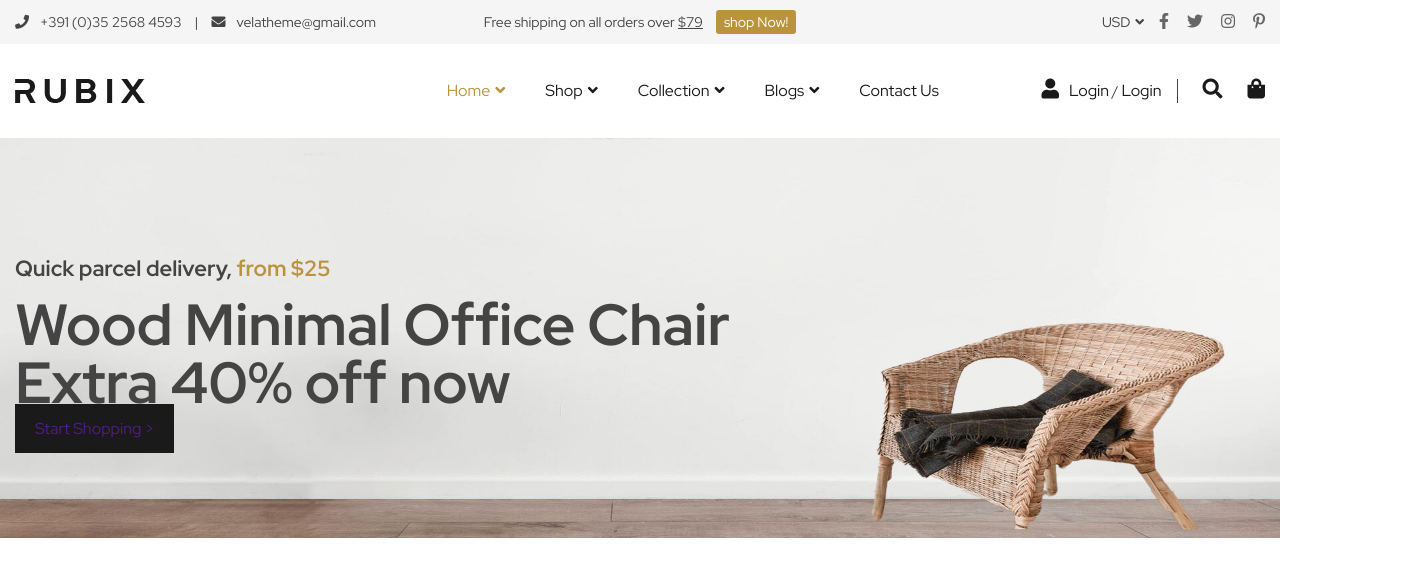
Repository: ldminh95/Gin-velademo
Page: index.html
The author's editor kept a copy of each file at every save. The page is drawn from the files as they stood at one save, then again after the next save.
The browser window is 1280 px wide. The page is 1410 px wide, so the pictures cover 1410 px, including what lies to the right of the window. The pictures show the whole page.
The style sheet was rebuilt from its Sass, Less or Tailwind sources for each picture, by a compiler version that may differ from the author's.

Above is the page before, as saved 2023-05-28 11:19:54.

### index.html
<!DOCTYPE html>
<html lang="en">
<head>
    <meta charset="UTF-8">
    <meta http-equiv="X-UA-Compatible" content="IE=edge">
    <meta name="viewport" content="width=device-width, initial-scale=1.0">
    <title>velademo-rubix</title>
    <link rel="stylesheet" href="https://cdnjs.cloudflare.com/ajax/libs/font-awesome/5.15.4/css/all.min.css">
    <link rel="stylesheet" type="text/css" href="/css/style.css">
</head>
<body>
    <div class="Overview">
        <div class="headerTop box_flex">
            <div class="headerTop_box-Left col-m3 pd15">
                <i class="fas fa-phone"></i>
                +391 (0)35 2568 4593
                <span class="mr10">|</span>
                <i class="fas fa-envelope"></i>
                velatheme@gmail.com
            </div>
            <div class="headerTop_box-Center col-m3 pd15">
                Free shipping on all orders over <u>$79</u>
                <a href="#" class="bg_primary">shop Now!</a>
            </div>
            <div class="headerTop_box-Right col-m3 box_flex pd15">
                <div class="gin-currency">
                    <div class="gin-currency-title">USD<i class="fas fa-angle-down"></i></div>
                    <div class="gin-currency-dropdown">
                        <div class="currency-item active">USD</div>
                        <div class="currency-item">INR</div>
                        <div class="currency-item">GBP</div>
                        <div class="currency-item">CAD</div>
                        <div class="currency-item">AUD</div>
                        <div class="currency-item">EUR</div>
                        <div class="currency-item">JPY</div>
                    </div>
                </div>
                <div class="gin-link">
                    <a href="#" target="_blank"><i class="fab fa-facebook-f"></i></a>
                    <a href="#" target="_blank"><i class="fab fa-twitter"></i></a>
                    <a href="#" target="_blank"><i class="fab fa-instagram"></i></a>
                    <a href="#" target="_blank"><i class="fab fa-pinterest-p"></i></a>
                </div>
            </div>
        </div>
        <header class="headerMenu">
            <section class="box_flex">
                <div class="header_Left col-m3 pd15">
                    <img src="./images/logo.png" alt="">
                </div>
                <div class="header_Center col-m3 pd15">
                    <div class="gin_menu">
                        <ul class="box_flex">
                            <li class="active">
                                <a href="">Home<i class="fas fa-angle-down"></i></a>
                                <ul class="gin_menu-second">
                                    <li><a href="">Home01</a></li>
                                    <li><a href="">Home02</a></li>
                                    <li><a href="">Home03</a></li>
                                    <li><a href="">Home04</a></li>
                                    <li><a href="">Home05</a></li>
                                    <li><a href="">Home06</a></li>
                                </ul>
                            </li>
                            <li>
                                <a href="">Shop<i class="fas fa-angle-down"></i></a>
                                <ul class="gin_menu-second">
                                    <li><a href="">Home01</a></li>
                                    <li><a href="">Home02</a></li>
                                    <li><a href="">Home03</a></li>
                                    <li><a href="">Home04</a></li>
                                    <li><a href="">Home05</a></li>
                                    <li><a href="">Home06</a></li>
                                </ul>
                            </li>
                            <li>
                                <a href="">Collection<i class="fas fa-angle-down"></i></a>
                                <ul class="gin_menu-second">
                                    <li><a href="">Home01</a></li>
                                    <li><a href="">Home02</a></li>
                                    <li><a href="">Home03</a></li>
                                    <li><a href="">Home04</a></li>
                                    <li><a href="">Home05</a></li>
                                    <li><a href="">Home06</a></li>
                                </ul>
                            </li>
                            <li>
                                <a href="">Blogs<i class="fas fa-angle-down"></i></a>
                                <ul class="gin_menu-second">
                                    <li><a href="">Home01</a></li>
                                    <li><a href="">Home02</a></li>
                                    <li><a href="">Home03</a></li>
                                    <li><a href="">Home04</a></li>
                                    <li><a href="">Home05</a></li>
                                    <li><a href="">Home06</a></li>
                                </ul>
                            </li>
                            <li>
                                <a href="">Contact Us</a>
                                <ul class="gin_menu-second">
                                    <li><a href="">Home01</a></li>
                                    <li><a href="">Home02</a></li>
                                    <li><a href="">Home03</a></li>
                                    <li><a href="">Home04</a></li>
                                    <li><a href="">Home05</a></li>
                                    <li><a href="">Home06</a></li>
                                </ul>
                            </li>
                        </ul>
                    </div>
                </div>
                <div class="header_Right col-m3 pd15 box_flex">
                    <div class="header_Right-account box_flex">
                        <a href=""><i class="fas fa-user"></i></a>
                        <ul>
                            <li><a href="">Login</a></li>
                            <span>/</span>
                            <li><a href="">Login</a></li>
                        </ul>
                    </div>
                    <div class="header_Right-search">
                        <a href=""><i class="fas fa-search"></i></a>
                    </div>
                    <div class="header_Right-cart">
                        <a href=""><i class="fas fa-shopping-bag"></i></a>
                    </div>
                </div>
            </section>
        </header>
        <div class="MainContent">
            <div class="gin_slideshow">
                <div class="slide_item">
                    <div class="slide_item-bg">
                        <img src="./images/index_bg01.jpg" alt="ghế tại ginshop">
                        <div class="wrapper">
                            <div class="slide_item-content">
                                <p>Quick parcel delivery, <span>from $25</span></p>
                                <h2>Wood Minimal Office Chair<br>Extra 40% off now</h2>
                                <a href="">Start Shopping ></a>
                            </div>
                        </div>
                    </div>
                </div>
            </div>
        </div>
    </div>
</body>
</html>

### css/googleFont.css
@import url('https://fonts.googleapis.com/css2?family=Red+Hat+Display:ital,wght@0,300;0,400;0,500;0,600;0,700;0,800;0,900;1,300;1,400;1,500;1,600;1,700;1,800;1,900&display=swap');


:root {
    --f-red-hat: 'Red Hat Display', sans-serif;
}

### css/base.css
:root {
    --gin-font: 14px;
    --color-primary: #ba933e;
    --body-bg: #fff;
    --text-color-primary: #444444;
    --text-color-second: #1a1a1a;
    --text-color-banner: #666666;
    --topbar-bg-color: #f5f5f5;
    --font-icon: 'FontAwesome';
}
body {
    box-sizing: border-box;
    font-family: var(--f-red-hat);
    font-size: var(--gin-font);
    padding: 0;
    margin: 0;
    font-weight: 400;
    line-height: 24px;
    color: var(--text-color-primary);
}
a {
    font-size: calc(var(--gin-font) + 2px);
    text-decoration: none;
}
li {
    list-style-type: none;
}
h2,ul {
    padding: 0;
    margin: 0;
}
img {
    max-width: 100%;
    display: block;
}
.box_flex {
    display: -webkit-flex;
    display: flex;
    align-items: center;
}

.col-m3 {
    width: 33.3333%;
}

/* ================================ */
/* Gin core */
/* ================================ */


/* margin */
.mr10 {
    margin: 0 10px;
}
.pd15 {
    padding: 0 15px;
}

### scss/style.scss
@import "googleFont.css";
@import "base.css";

.Overview {
    margin: 0 auto;
}

.headerTop {
    width: 100%;
    background: var(--topbar-bg-color);
    padding: 10px 0;
    &_box {
        &-Left {
            .fas {
                margin-right: 8px;
            }
        }
        &-Center {
            text-align: center;
            .bg_primary {
                background-color: var(--color-primary);
                color: #fff;
                padding: 0 8px;
                border-radius: 3px;
                margin-left: 10px;
                font-size: var(--gin-font);
                display: inline-block;
                &:hover {
                    background: #947531;
                }
            }
        }
        &-Right {
            justify-content: flex-end;
            .gin {
                &-currency {
                    position: relative;
                    cursor: pointer;
                    &-dropdown {
                        position: absolute;
                        display: none;
                        .currency-item {
                            padding: 5px 0;
                            &.active {
                                color: var(--color-primary);
                            }
                            &:hover {
                                color: var(--color-primary);
                                cursor: pointer;
                            }
                        }
                    }
                    i {
                        margin-left: 5px;
                    }
                    &:hover {
                        .gin-currency-dropdown {
                            display: block;
                            border: 1px solid rgba(0,0,0,0.15);
                            border-radius: 3px;
                            background-color: #fff;
                            padding: 5px 20px;
                            top: 100%;
                            font-size: calc(var(--gin-font) + 2px);
                            right: 0;
                            box-shadow: 0 6px 12px #0000002d;
                        }
                    }
                }
                &-link {
                    a {
                        margin-left: 15px;
                        color: var(--text-color-banner);
                        &:hover {
                            color: var(--color-primary);
                        }
                    }
                }
            }
        }
    }
}

.headerMenu {
    padding: 20px 0;
    .header {
        &_Center {
            li {
                position: relative;
                a {
                    padding: 15px 20px;
                    display: inline-block;
                    width: max-content;
                    color: var(--text-color-second);
                    i {
                        margin-left: 5px;
                    }
                }
                &.active {
                    >a {
                        color: var(--color-primary);
                    }
                }
                ul {
                    position: absolute;
                    min-width: 220px;
                    padding: 15px 25px;
                    display: block;
                    box-shadow: 0 6px 15px #0000001f;
                    z-index: 99;
                    text-align: left;
                    visibility: hidden;
                    margin-top: 50px;
                    transition: all .3s cubic-bezier(0.175, 0.885, 0.32, 1.275);
                    background-color: var(--body-bg);
                    a {
                        padding: 3px 0;
                        font-size: var(--gin-font);
                    }
                }
                &:hover {
                    ul {
                        visibility: visible;
                        margin-top: 0;
                        li {
                            &:hover {
                                a {
                                    color: var(--color-primary);
                                }
                            }
                        }
                    }
                }
            }
        }
        &_Right {
            justify-content: flex-end;
            &-account {
                padding-right: 15px;
                border-right: 1px solid var(--text-color-primary);
            }
            &-search {
                margin-left: 25px;
            }
            &-cart {
                margin-left: 25px;
            }
            i {
                font-size: calc(var(--gin-font) + 6px);
            }
            a {
                color: var(--text-color-second);
                &:hover {
                    color: var(--color-primary);
                }
            }
            li {
                display: inline-block;
            }
            ul {
                margin-left: 10px;
            }
        }
    }
}

.MainContent {
    .slide {
        &_item {
            position: relative;
            .wrapper {
               width: 1410px;
               position: absolute;
               margin: 0 auto;
               top: 0;
               left: 0;
               right: 0;
               bottom: 0;
               height: 100%;
               display: table;
               .slide_item-content {
                    padding: 0 15px;
                    display: table-cell;
                    vertical-align: middle;
                    p {
                        font-size: calc(var(--gin-font) + 8px);
                        font-weight: 700;
                        margin-bottom: 0.68em;
                        span {
                            color: var(--color-primary);
                        }
                    }
                    h2 {
                        font-size: calc(var(--gin-font) + 44px);
                        line-height: 1em;
                        margin-bottom: 5px;
                    }
                    a {
                        padding: 14px 20px;
                        background-color: var(--text-color-second);
                    }
               }
            }
        }
    }
}

After the next save:
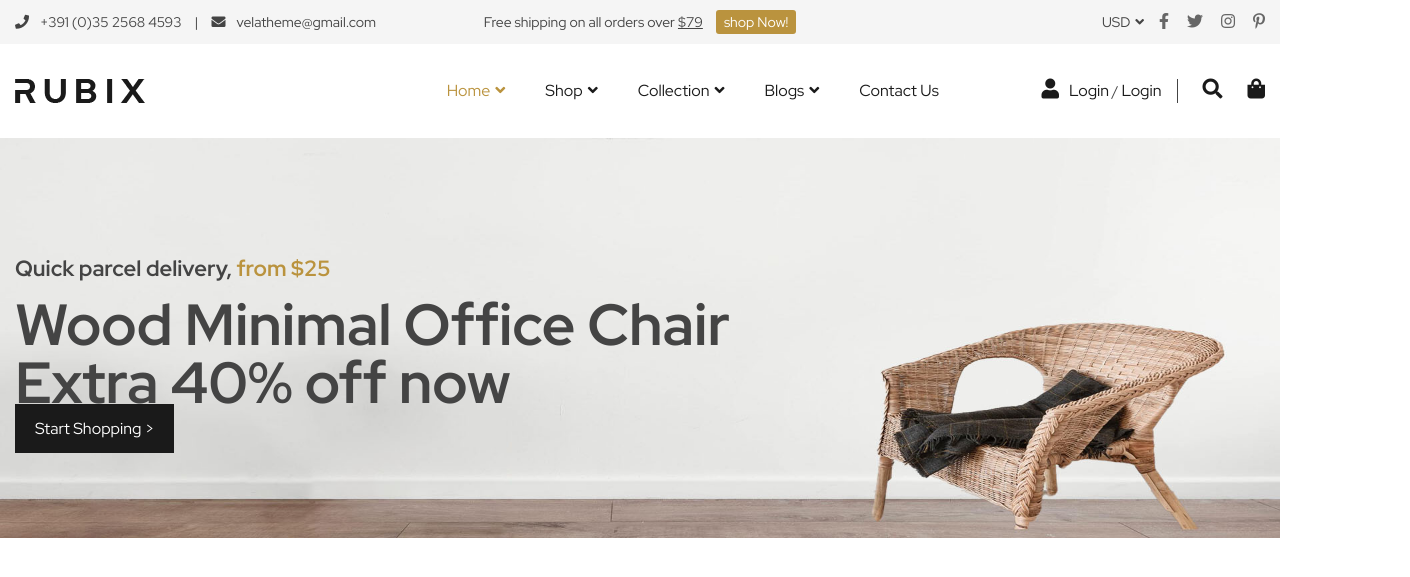
Saved 11 s later.
--- a/scss/style.scss
+++ b/scss/style.scss
@@ -198,6 +198,7 @@
                     a {
                         padding: 14px 20px;
                         background-color: var(--text-color-second);
+                        color: var(--body-bg);
                     }
                }
             }
